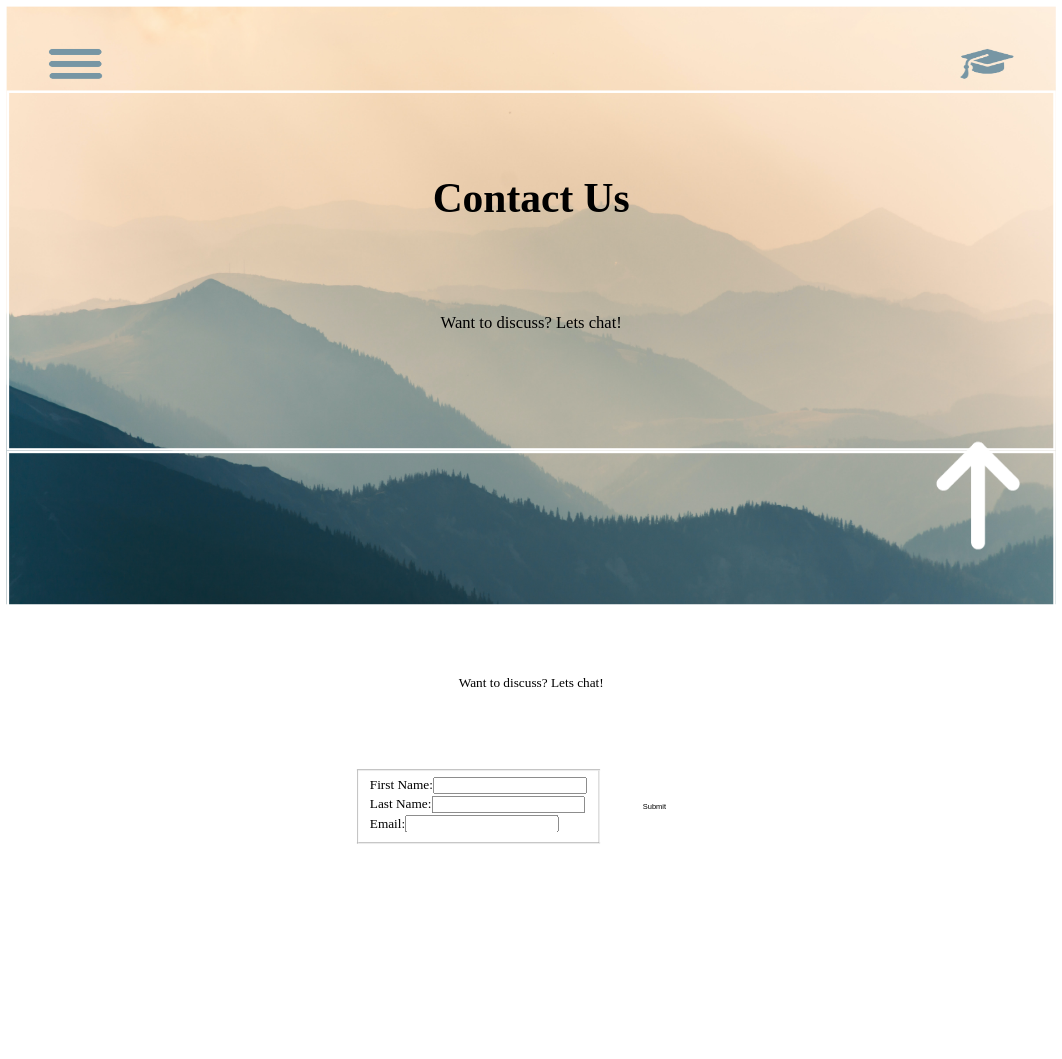
Repository: sierralaurent/MDIA2109-Assignment01
Page: /contact
The author's editor kept a copy of each file at every save. The page is drawn from the files as they stood at one save, then again after the next save.
The browser window is 1280 px wide. The pictures show the whole page, at 83% of full size.
The project was rebuilt for these pictures with package versions that can differ from the ones it lists, and the page was loaded fresh each time. The framework's server and built-in components were replaced by stand-ins that run in the browser. Also part of the build but not shown: next.config.js.

Above is the page before, as saved 2023-02-05 10:10:02.

### pages/contact.js
import Head from 'next/head'
import Image from 'next/image'
import { Inter } from '@next/font/google'
import styles from '@/styles/Home.module.css'
import Link from 'next/link'

export default function Contact() {
    return (
        <>
        <Head>
        <title>Contact Us</title>
        <meta name="author" content="MDIA 2109" />
        <meta property="og:title" content="Assignment #1 - Contact Us Page" />
        <meta property="og:description" content="BCIT Digital Design and Development Diploma" />
        <link rel="icon" href="/favicon.png" />
      </Head>
      <main className={styles.main}>
        <div className={styles.nav}>
            <img src="icons/menu-icon.png" className={styles.icon1}/>
            <img src="icons/graduation-hat.png" className={styles.icon2}/>
          </div>
          <div className={styles.header}>
            <h1>Contact Us</h1>
            <p>Want to discuss? Lets chat!</p>
          </div>
            <div className={styles.middle2}>
            <p>Want to discuss? Lets chat!</p>
              <div className={styles.inputs}>
              <form>
                <fieldset>
                <table>
                    <thead>
                        <tr>
                          <label for="fname">First Name:</label>
                          <input type="text" id="fname" name="fname"></input>
                        </tr>
                        <tr>
                          <label for="lname">Last Name:</label>
                          <input type="text" id="name" name="lname"></input>
                        </tr>
                    </thead>
                    <thead>
                    <label for="email">Email:</label>
                          <input type="email" id="email" name="email"></input>
                    </thead>
                </table>
                </fieldset>
            </form>
            <button type="submit" className={styles.butt}>Submit</button>
              </div>
            </div>
        <div className={styles.bottom}>
            <a href="/about">
              <span className={styles.icon3}>
                <img src="icons/upwardArrow.png"/>
              </span>
            </a>
          </div>
      </main>
        </>
    )
  }

### styles/Home.module.css
.carouselImage {
  height: 200px;
  background-repeat: no-repeat;
  background-size: cover;
  display: flex;
  justify-content: center;
  align-items: center;
  margin: 40px 0px;
}
.main {
  background-image: url('../public/background-images/backgroundMountain.jpg');
  background-size: cover;
  height: 100vh;
  position: relative;
}

.mainABOUT {
  background-color: #14343d;
}

.About {
  display: flex;
  justify-content: center;
  padding-top: 5%;
  font-size: 30px;
}

.infodiv {
  display: flex;
  justify-content: center;
  align-items: center ;
}

.info p {
  padding-top: 3%;
  padding-bottom: 3%;
  font-size: 16px;
}

.info li {
  padding-top: 3%;
  padding-bottom: 3%;
  font-size: 20px;
}
.info {
  display: flex;
  flex-direction: column;
  justify-content: left;
  padding: 8%;
}

.header {
  display: flex;
  flex-direction: column;
  justify-content: center;
  align-items: center;
  border: 3px solid white;
  padding: 5%;
}

.header h1 {
  font-size: 50px;
}

.header p {
  font-size: 20px;
  padding: 5%;
}

.intro {
  position: absolute;

}

.middle2 {
  padding: 20%;
  justify-content: center;
  align-items: center;
  border: 3px solid white;
}

.middle2 p {
  display: flex;
  justify-content: center;
  padding-bottom: 10%;
}

.inputs {
  display: flex;
  justify-content: center;
  align-items: center;
  border: 3px solid white;
}

.buttons {
  position: absolute;
  bottom: 6rem;
  left: 1rem;

}
.butt {
  border: 3px solid white;
  border-radius: 8%;
  background-color: transparent;
  width: 10vw;
  height: 2.5vh;
  max-width: 15vw;
  max-height: 5vh;
  font-size: 1.25vh;

}

.butt:hover {
  background-color: white;
  color: black;
}

.intro h1 {
  font-size: 50px;
  padding: 2%;
}
.p {
  font-size: 22px;
  padding: 2%;
}

.middle {
  position: absolute;
  height: 40vh;
  width: 40vw;
  max-width: 40vw;
  max-height: 40vh;
  top: 30rem;
  left: 20rem;
}

.icon1 {
  width: 5vw;
  height: 5vh;
  float: left;
}

.icon2 {
  width: 5vw;
  height: 5vh;
  float: right;
}

.arrows {
  display: flex;
  flex-direction: column;
  padding: 5%;
}

.icon3 {
  width: 5vw;
  height: 5vh;
  float: right;
}

.bottom {
  position: absolute;
  bottom: 10rem;
  right: 5rem;
}

.nav {
  padding: 4%;
}

Loaded but not shown: pages/_document.js (common file); pages/api/hello.js (common file)

After the next save:
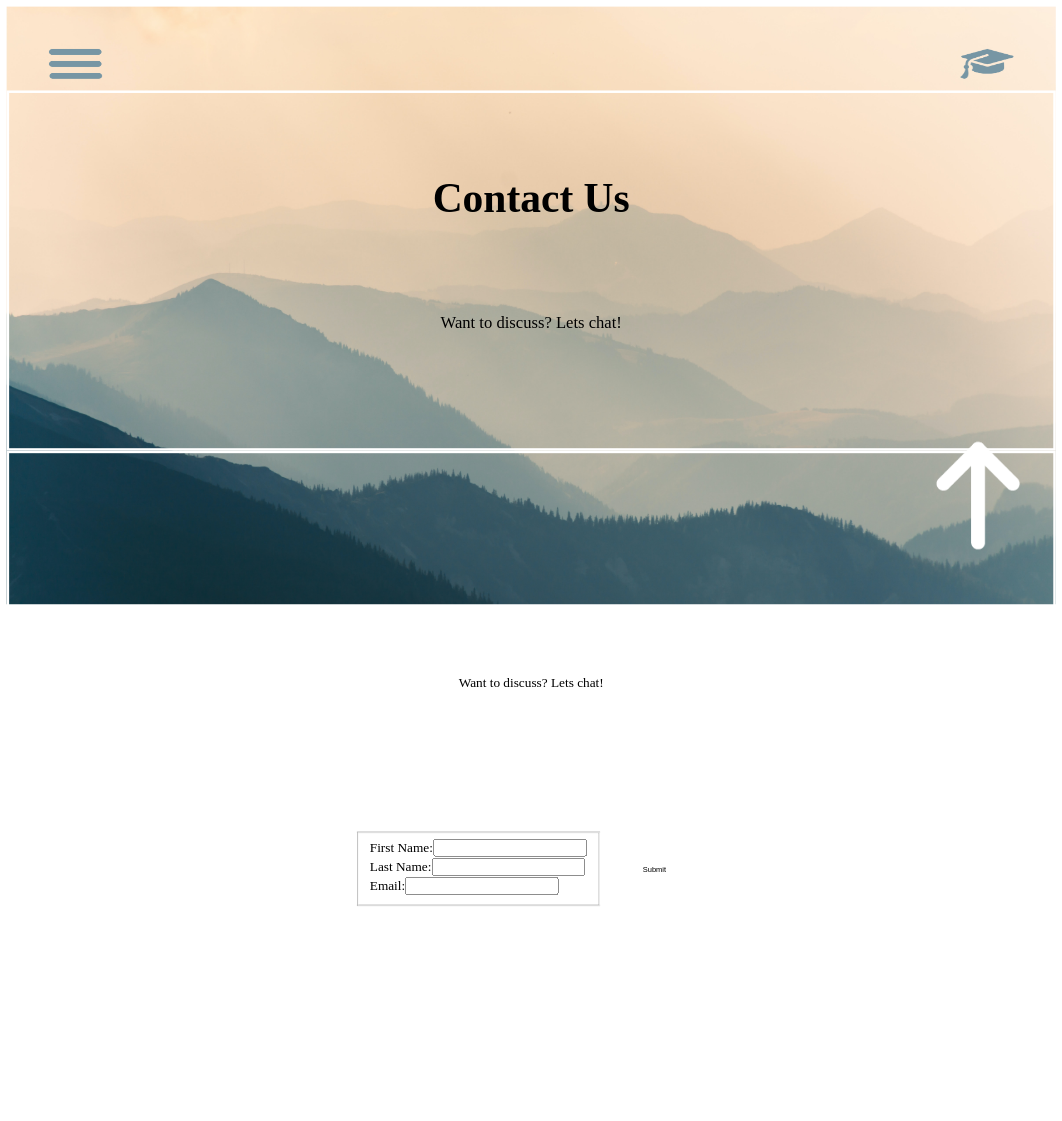
Saved 5 s later.
--- a/styles/Home.module.css
+++ b/styles/Home.module.css
@@ -82,7 +82,7 @@
 .middle2 p {
   display: flex;
   justify-content: center;
-  padding-bottom: 10%;
+  padding-bottom: 20%;
 }
 
 .inputs {
